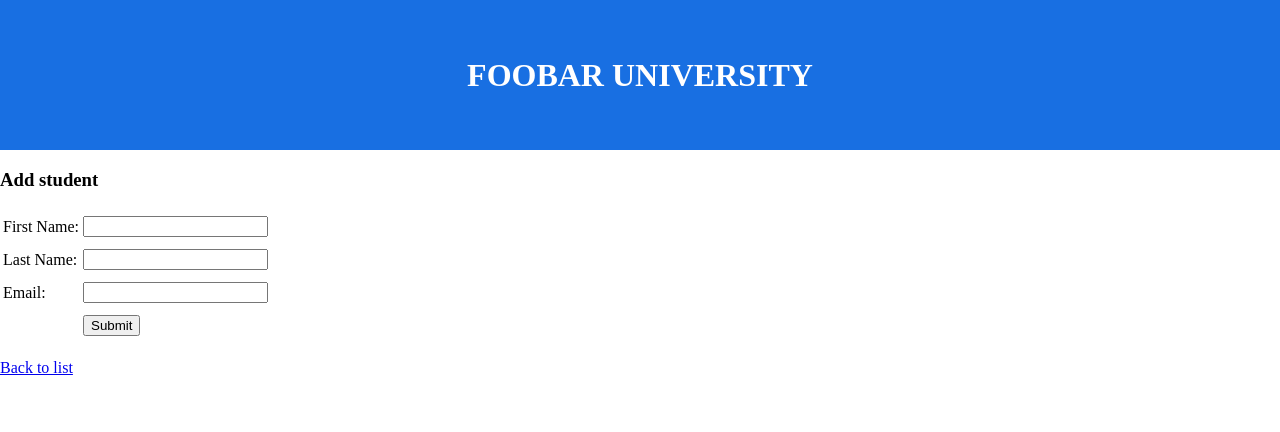
Repository: theslayer2964/Ahihihaha
Page: http://localhost/web_student_tracker/add-student-form.jsp
An editor plug-in stored every save of this project. The page is shown before and after the next save, followed by the edit.
The browser window is 1280 px wide. The pictures show the whole page.
The page is served by Tomcat 9. Other server files are loaded and not shown.

Above is the page before, as saved 2022-03-05 08:12:19.

### web_student_tracker/src/main/webapp/add-student-form.jsp
<%@ page language="java" contentType="text/html; charset=ISO-8859-1"
    pageEncoding="ISO-8859-1"%>
<!DOCTYPE html>
<html>
<head>
<meta charset="ISO-8859-1">
<title>Insert title here</title>
<link type="text/css" rel="stylesheet" href="css/style.css">
</head>
<body>
	<div id="wrapper">
        <div id="header">
            <h2 style="margin-top: 0px">FOOBAR UNIVERSITY</h2>
        </div>
    </div>
    <div id="container">
        <h3>Add student</h3>
        <form action="StudentControllerServlet" method="get">
            <input type="hidden" name="command" value="ADD">
            <table>
                <tbody>
                    <tr>
                        <td><label for="firstName">First Name:</label></td>
                        <td><input type="text" name="firstName"></td>
                    </tr>
                    <tr>
                        <td><label for="lastName">Last Name:</label></td>
                        <td><input type="text" name="lastName"></td>
                    </tr>
                    <tr>
                        <td><label>Email:</label></td>
                        <td><input type="text" name="email"></td>
                    </tr>
                    <tr>
                        <td><label for=""></label></td>
                        <td><input type="submit" name="Save" class="save"></td>
                    </tr>
                </tbody>
            </table>
        </form>
        <div style="clear: both;"></div>
        <p>
            <a href="StudentControllerServlet">Back to list</a>
        </p>
    </div>

</body>
</html>

### web_student_tracker/src/main/webapp/css/style.css
body {
	margin: 0px 0px 0px 0px;
	padding: 0px 0px 0px 0px;
}

#wrapper {
	background-color: rgb(24, 111, 226);
	height: 150px;
	width: 100%;
}

.container {
	padding: 10px;
}

h2 {
	color: white;
	line-height: 150px;
	font-size: 32px;
	text-align: center;
}

.add-student-button {
	font-size: 24px;
	width: 250px;
	height: 50px;
	font-weight: bold;
	color: rgb(24, 111, 226);
	border-radius: 5px 5px 5px 5px;
	margin-top: 20px;
	margin-bottom: 20px;
}

.table {
	border: 1px solid black;
	height: 50px;
	width: 50%;
}

td {
	padding-top: 5px;
	padding-bottom: 5px;
}

td a {
	border: 1px solid yellow;
	color: white;
	background-color: rgb(73, 131, 207);
	padding-top: 3px;
	padding-bottom: 3px;
	padding-left: 7px;
	padding-right: 7px;
	border-radius: 5px;
	text-decoration: none;
}

After the next save:
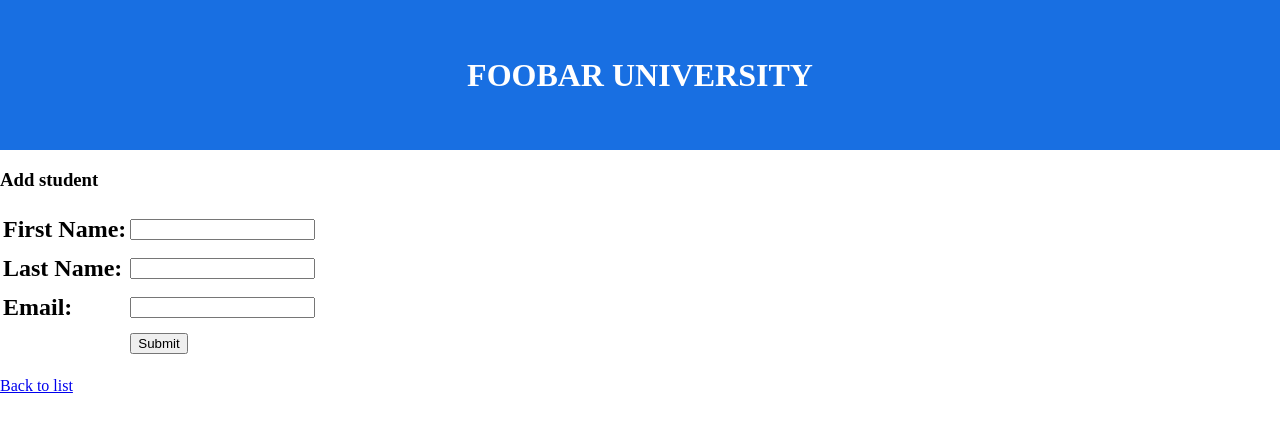
Saved 106 s later.
--- a/web_student_tracker/src/main/webapp/add-student-form.jsp
+++ b/web_student_tracker/src/main/webapp/add-student-form.jsp
@@ -6,6 +6,12 @@
 <meta charset="ISO-8859-1">
 <title>Insert title here</title>
 <link type="text/css" rel="stylesheet" href="css/style.css">
+<style type="text/css">
+	label{
+	font-weight: bold;
+	font-size: 24px;
+	}
+</style>
 </head>
 <body>
 	<div id="wrapper">
